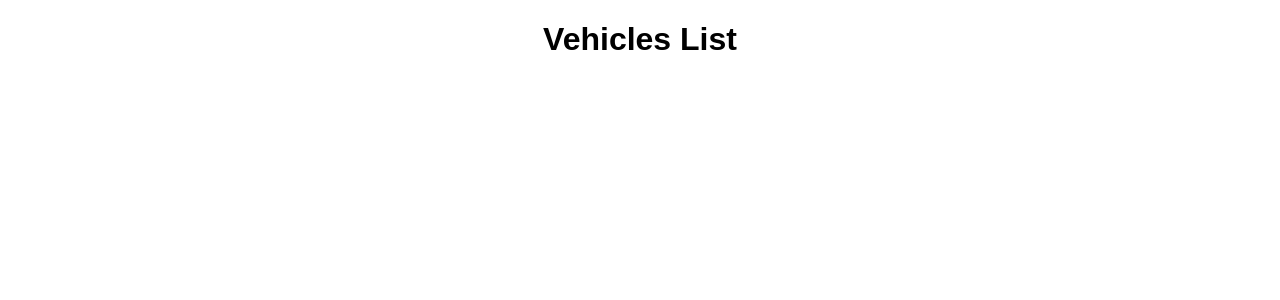
Repository: lasity34/fuel-consumption-api
Page: public/vehicles.html
The author's editor kept a copy of each file at every save. The page is drawn from the files as they stood at one save, then again after the next save.
The browser window is 1280 px wide. The pictures show the whole page.
The page's requests for data from a server got no answer.

Above is the page before, as saved 2023-11-30 11:07:50.

### public/vehicles.html
<!DOCTYPE html>
<html lang="en">
<head>
    <meta charset="UTF-8">
    <title>Vehicles List</title>
    <link rel="stylesheet" href="./style.css" />
    <script src="https://cdn.jsdelivr.net/npm/axios/dist/axios.min.js"></script>
</head>
<body>
    <h1>Vehicles List</h1>
    <!-- list of vehicles will be displayed here -->
    <div id="vehiclesList"></div>

    <script type="module" src="vehicles.js"></script>
</body>
</html>

### public/style.css
body {
    text-align: center;
    font-family: Arial, sans-serif;
}

.container {
    width: 80%;
    margin: 0 auto;

}

h1 {
    margin-bottom: 50px;
}

.links {
    display: flex;
    justify-content: space-around;
    align-items: center;
    height: 500px;
}

.link-box {
    width: 150px;
    height: 150px;

    padding: 10px;

    text-align: center;
}

.link-box img {
    max-width: 100%;
    max-height: 100%;
}

.link-box p {
    margin-top: 10px;
    font-weight: 700;
}

.link-box a {
    color: black;
    text-decoration: none;
}

/* Responsive design */
@media (max-width: 600px) {
    .links {
        flex-direction: column;
    }

    .link-box {
        margin-bottom: 20px;
    }
}

### public/vehicles.js


// fetch all vehicles
// connect to div
// loop all vehicles
// display all vehicles
axios.get('/api/vehicles')
    .then(response => {
        const vehicles = response.data.data;
        const list = document.getElementById("vehiclesList");
        vehicles.forEach(vehicle => {
            const item = document.createElement("div");
            item.innerHTML = `<strong>${vehicle.description}</strong> - ${vehicle.reg_number}`;
            list.appendChild(item);
        });
    })
    .catch(error => console.error("Error fetching vehicles:", error));

Loaded but not shown: public/vehicle.css (no stored copy; drawn as an empty file)

After the next save:
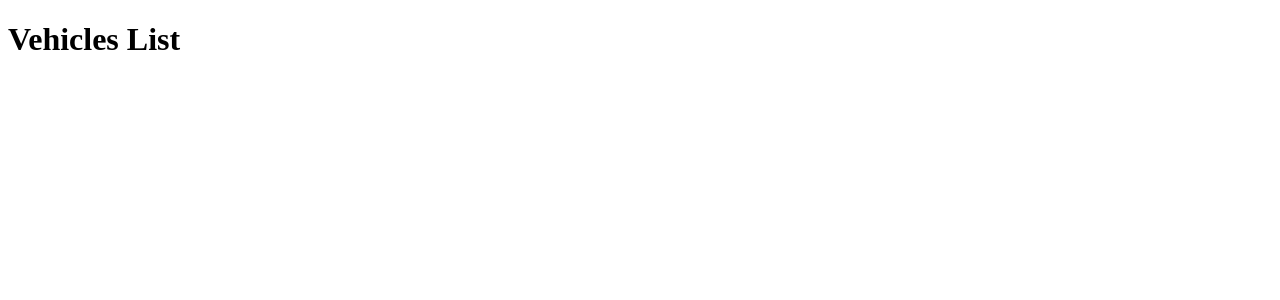
Saved 11 s later.
--- a/public/vehicles.html
+++ b/public/vehicles.html
@@ -3,7 +3,7 @@
 <head>
     <meta charset="UTF-8">
     <title>Vehicles List</title>
-    <link rel="stylesheet" href="./style.css" />
+    <link rel="stylesheet" href="./vehicle.css" />
     <script src="https://cdn.jsdelivr.net/npm/axios/dist/axios.min.js"></script>
 </head>
 <body>
